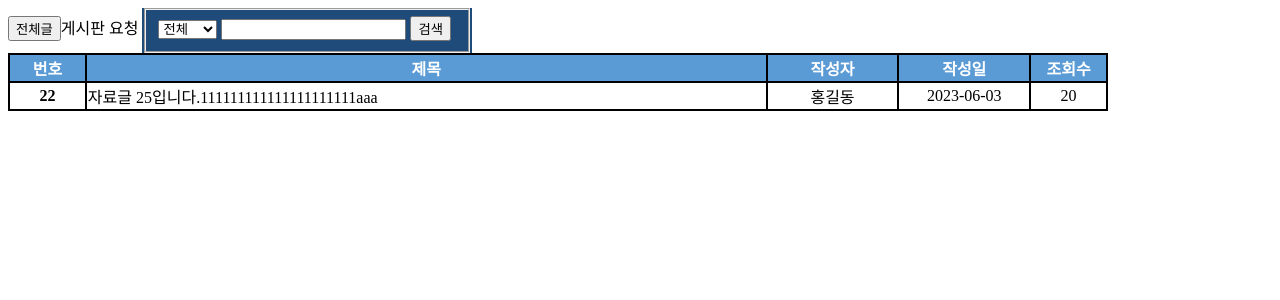
Repository: LJzero-dev/java-study
Page: http://localhost/ktbwos/bbs/request_list.jsp
These files come from the project's save history. The page is drawn as it stood at one moment and after the next save; the edit follows.
The browser window is 1280 px wide. The pictures show the whole page.
The page is served by Tomcat 9. Other server files are loaded and not shown.

Above is the page before, as saved 2023-06-10 13:45:45.

### web/ktbwos/WebContent/bbs/request_list.jsp
<%@ page language="java" contentType="text/html; charset=UTF-8" pageEncoding="UTF-8"%>
<!DOCTYPE html PUBLIC "-//W3C//DTD HTML 4.01 Transitional//EN" "http://www.w3.org/TR/html4/loose.dtd">
<html>
<head>
<meta http-equiv="Content-Type" content="text/html; charset=UTF-8">
<style>
	a:link { color:black; text-decoration:none; }
	a:visited { color:black; text-decoration:none; }
	a:hover { color:black; text-decoration:underline; }
	table, th, td {
	border:2px solid black;
	border-collapse : collapse;
	}
	th { background-color:#5B9BD5; color:white;}
	td { text-align:center;}
</style>
<title>Insert title here</title>
</head>
<body>

<div width="1100">
<input type="button" value="전체글">게시판 요청
<form style="width:330px; background:#1E4B79; display:inline-block; left:400px " name="frmSch">
<fieldset>
		<select name="schtype">
			<option value="all" >전체</option>
			<option value="title" >제목</option>
			<option value="content" >내용</option>
			<option value="writer">작성자</option>
		</select>
		<input type="text" name="keyword" value="" />
		<input type="submit" value="검색" />
</fieldset>
</form>

	<table width="1100">
		<tr>
			<th width="7%">번호</th><th width="*">제목</th><th width="12%">작성자</th><th width="12%">작성일</th><th width="7%">조회수</th>
		</tr>
		<tr>
			<td><b>22</b></td><td><span style="float:left;">자료글 25입니다.111111111111111111111<a href="">aaa</a></span></td><td>홍길동</td><td>2023-06-03</td><td>20</td>
		</tr>
	</table>

</div>
</body>
</html>

After the next save:
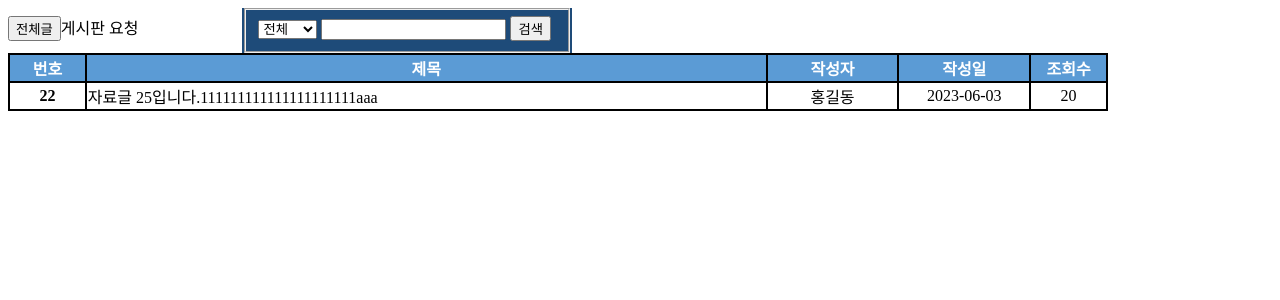
Saved 44 s later.
--- a/web/ktbwos/WebContent/bbs/request_list.jsp
+++ b/web/ktbwos/WebContent/bbs/request_list.jsp
@@ -20,7 +20,7 @@
 
 <div width="1100">
 <input type="button" value="전체글">게시판 요청
-<form style="width:330px; background:#1E4B79; display:inline-block; left:400px " name="frmSch">
+<form style="width:330px; background:#1E4B79; display:inline-block; margin-left: 100px " name="frmSch">
 <fieldset>
 		<select name="schtype">
 			<option value="all" >전체</option>
